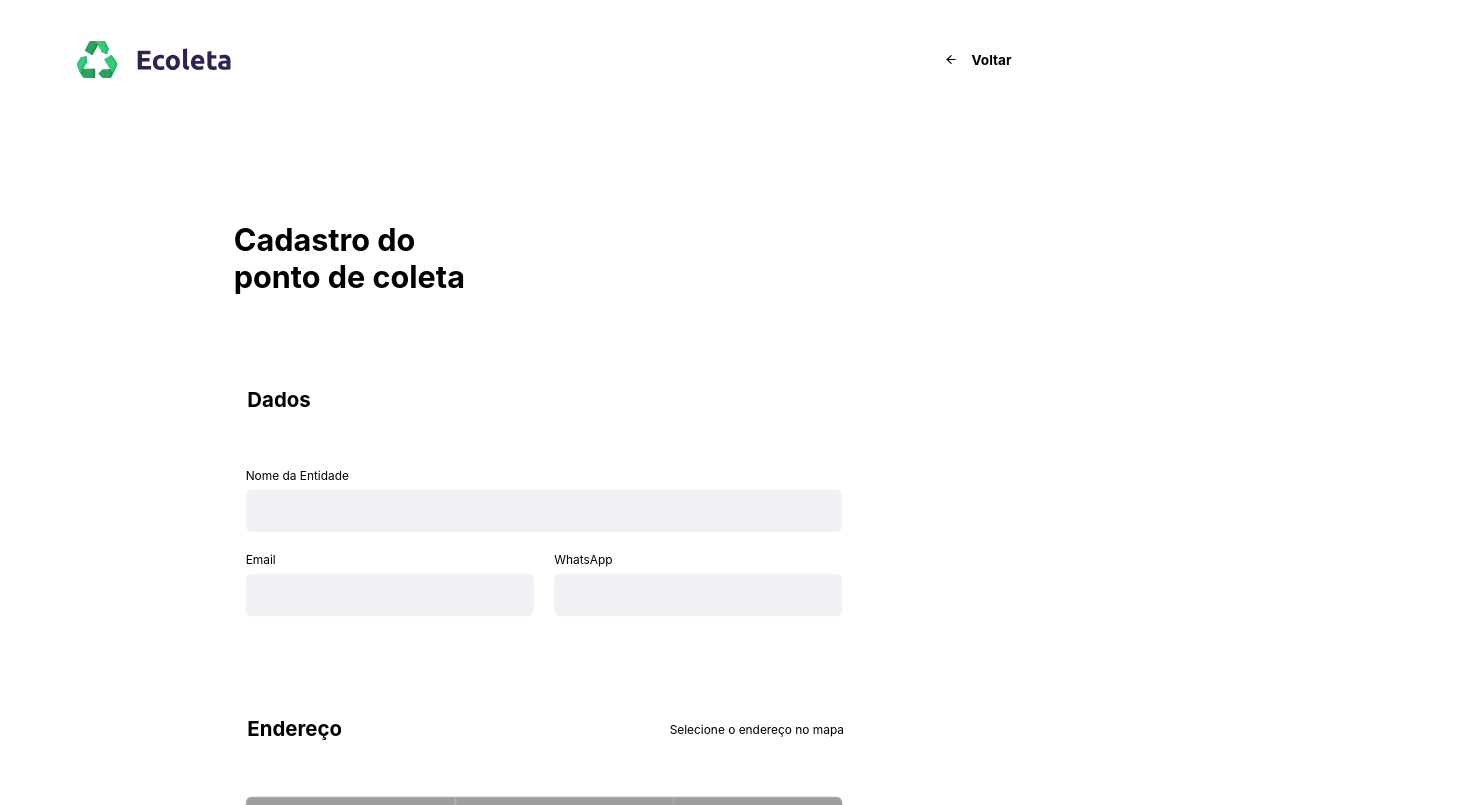
Repository: johnnedemoraesrocha/nlw-o1
Page: /create-point (app in web/)
An editor plug-in stored every save of this project. The page is shown before and after the next save, followed by the edit.
The browser window is 1280 px wide. The page is 1717 px wide, so the pictures cover 1717 px, including what lies to the right of the window. The pictures show the part of the page from y = 0 to 947 px (the page is 2359 px tall before and 2379 px after), at 85% of full size.
Pictures or frames that could not be fetched are drawn as grey boxes. Some web libraries are served in a nearby version. The project was rebuilt for these pictures with package versions that can differ from the ones it lists, and the page was loaded fresh each time. Also part of the build but not shown: web/src/App.css, web/src/pages/Home/Home.css, web/src/pages/Home/index.tsx.

Above is the page before, as saved 2020-06-03 23:07:34.

After the next save:
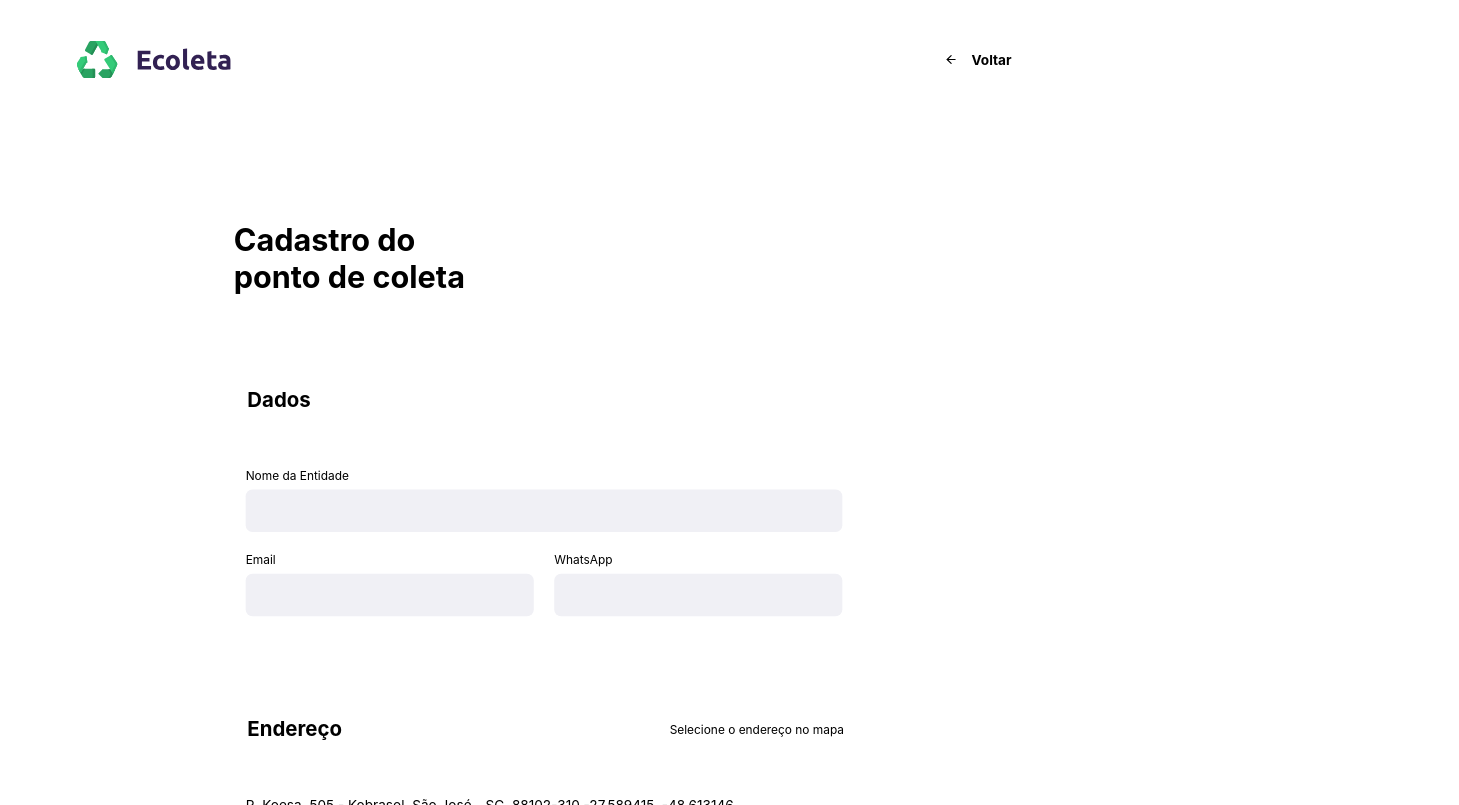
Saved 42 s later.
--- a/web/src/pages/CreatePoint/index.tsx
+++ b/web/src/pages/CreatePoint/index.tsx
@@ -51,7 +51,8 @@ const CreatePoint = () => {
                         <h2>Endereço</h2>
                         <span>Selecione o endereço  no mapa</span>
                     </legend>
-
+                    R. Koesa, 505 - Kobrasol, São José - SC, 88102-310
+-27.589415, -48.613146
                     <Map center={[ -27.5932435,-48.6100248 ]} zoom={15}>
                         <TileLayer
                         attribution='&amp;copy <a href="http://osm.org/copyright">OpenStreetMap</a> contributors'
